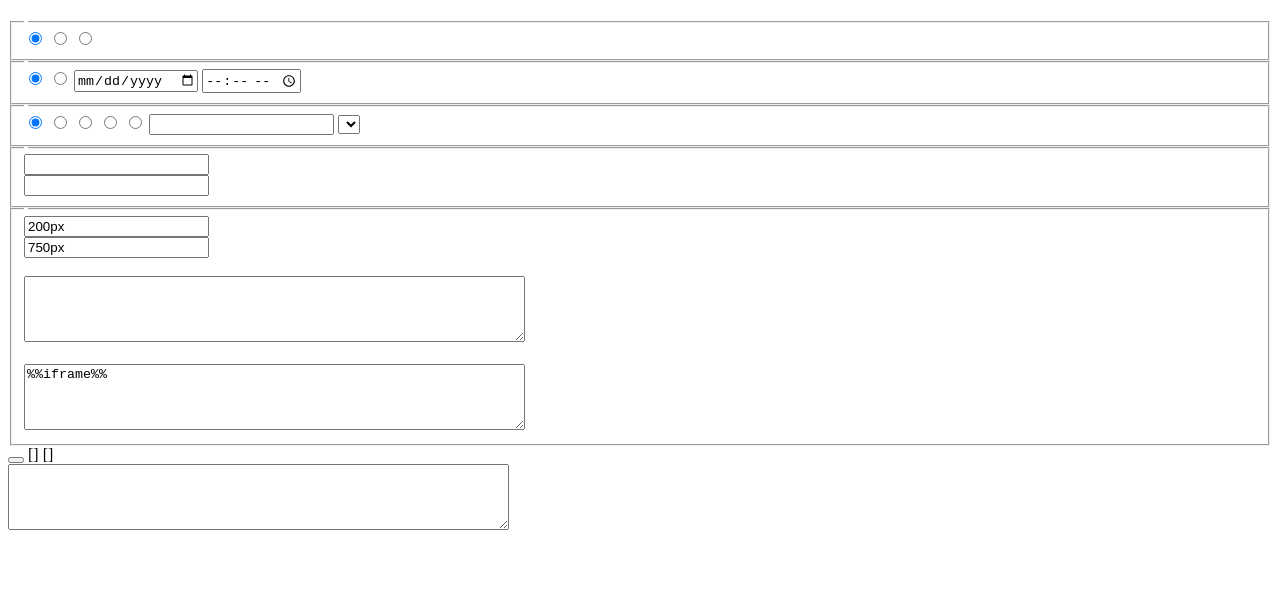
Repository: cirisus/ArknighTimer
Page: timer-selector.html
An editor plug-in stored every save of this project. The page is shown before and after the next save, followed by the edit.
The browser window is 1280 px wide. The pictures show the whole page.

Above is the page before, as saved 2024-03-10 15:47:00.
Not found: ArknighTimer/timer-selector.css
Not found: ArknighTimer/timer-selector.js

### timer-selector.html
<!DOCTYPE html>
<html>
  <head>
    <meta charset="UTF-8">
    <meta name="description" content="明日方舟同人中文站计时器">
    <meta name="keywords" content="arknights,wiki,timer,selector,generator">
    <link rel="stylesheet" href="/ArknighTimer/timer-selector.css">
    <script src="/ArknighTimer/timer-selector.js"></script>
    <title>计时器生成工具</title>
  </head>

  <body>
    <noscript>此程序强依赖于对应的Javascript脚本。</noscript>
    <div id="form-container-wrap">
    <div id="form-container">
    <h1 id="error" class="hidden"></h1>

    <div id="form">
      <fieldset id="timer-type">
        <legend id="timer-type-label"></legend>

        <!-- Generic -->
        <span>
          <input id="timer-type-generic" type="radio" name="timer-type" value="generic" checked>
          <label id="timer-type-generic-label" for="timer-type"></label>
        </span>

        <!-- Deletion -->
        <span>
          <input id="timer-type-deletion" type="radio" name="timer-type" value="deletion">
          <label id="timer-type-deletion-label" for="timer-type"></label>
        </span>

        <!-- Ban -->
        <span>
          <input id="timer-type-ban" type="radio" name="timer-type" value="ban">
          <label id="timer-type-ban-label" for="timer-type"></label>
        </span>
      </fieldset>

      <fieldset id="start">
        <legend id="start-label"></legend>

        <!-- now -->
        <span>
          <input id="start-now" type="radio" name="start" value="now" checked>
          <label id="start-now-label" for="now"></label>
        </span>

        <!-- later / other time -->
        <span>
          <input id="start-later" type="radio" name="start" value="later">
          <label id="start-later-label" for="later"></label>
          <input id="start-later-date" class="radio-text" type="date"></input>
          <input id="start-later-time" class="radio-text" type="time"></input>
        </span>
      </fieldset>

      <fieldset id="duration">
        <legend id="duration-label"></legend>

        <!-- 1 day -->
        <span>
          <input id="duration-1d" type="radio" name="duration" value="86400000" checked>
          <label id="duration-1d-label" for="86400000"></label> <!-- in ms -->
        </span>

        <!-- 1 week -->
        <span>
          <input id="duration-1w" type="radio" name="duration" value="604800000">
          <label id="duration-1w-label" for="604800000"></label>
        </span>

        <!-- 2 weeks -->
        <span>
          <input id="duration-2w" type="radio" name="duration" value="1209600000">
          <label id="duration-2w-label" for="1209600000"></label>
        </span>

        <!-- 1 year -->
        <span>
          <input id="duration-1y" type="radio" name="duration" value="31536000000">
          <label id="duration-1y-label" for="31536000000"></label>
        </span>

        <!-- custom -->
        <span>
          <input id="duration-custom" type="radio" name="duration" value="custom">
          <label id="duration-custom-label" for="custom"></label>
          <input id="duration-custom-value" class="radio-text" type="number" size="6"></input>
          <select id="duration-custom-unit">
            <option id="unit-minute" value="60000"></option>
            <option id="unit-hour" value="3600000"></option>
            <option id="unit-day" value="86400000"></option>
            <option id="unit-week" value="604800000"></option>
            <option id="unit-month" value="2592000000"></option>
            <option id="unit-year" value="31536000000"></option>
          </select>
        </span>
      </fieldset>

      <fieldset id="messages">
        <legend id="messages-label"></legend>

        <div class="text">
          <label id="message-progress-label"></label>
          <input id="message-progress" type="text"></input>
        </div>

        <div class="text">
          <label id="message-finished-label"></label>
          <input id="message-finished" type="text"></input>
        </div>
      </fieldset>

      <fieldset id="advanced">
        <legend id="advanced-label"></legend>

        <div class="text message-short">
          <label id="height-label"></label>
          <input id="height" type="text" value="200px"></input>
        </div>

        <div class="text message-short">
          <label id="width-label"></label>
          <input id="width" type="text" value="750px"></input>
        </div>

        <div class="text">
          <label id="custom-css-label"></label><br>
          <textarea id="custom-css" cols="60" rows="4"></textarea>
        </div>

        <div class="text">
          <label id="template-label"></label><br>
          <textarea id="template" cols="60" rows="4">%%iframe%%</textarea>
        </div>
      </fieldset>

      <div>
        <button id="build"></button>

        <span class="info">
          [<a id="info-help" href="https://cirisus.github.io/ArknighTimer" target="_blank"></a>]
          [<a id="info-source" href="https://github.com/cirisus/ArknighTimer" target="_blank"></a>]
        </span>
      </div>
    </div>

    <!-- output -->
    <div><textarea id="output" class="hidden" cols="60" rows="4" readonly></textarea></div>
    </div>
    </div>
  </body>
</html>

After the next save:
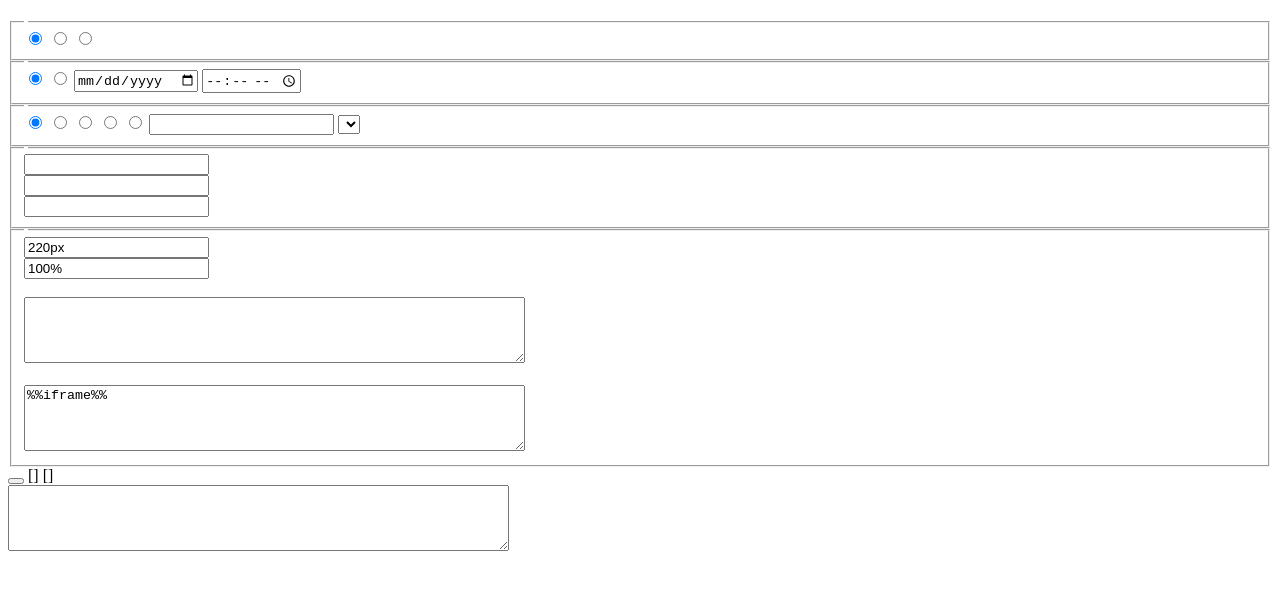
Saved 2 s later.
--- a/timer-selector.html
+++ b/timer-selector.html
@@ -103,6 +103,10 @@
         <legend id="messages-label"></legend>
 
         <div class="text">
+          <label id="message-unstarted-label"></label>
+          <input id="message-unstarted" type="text"></input>
+        </div>
+        <div class="text">
           <label id="message-progress-label"></label>
           <input id="message-progress" type="text"></input>
         </div>
@@ -118,12 +122,12 @@
 
         <div class="text message-short">
           <label id="height-label"></label>
-          <input id="height" type="text" value="200px"></input>
+          <input id="height" type="text" value="220px"></input>
         </div>
 
         <div class="text message-short">
           <label id="width-label"></label>
-          <input id="width" type="text" value="750px"></input>
+          <input id="width" type="text" value="100%"></input>
         </div>
 
         <div class="text">
